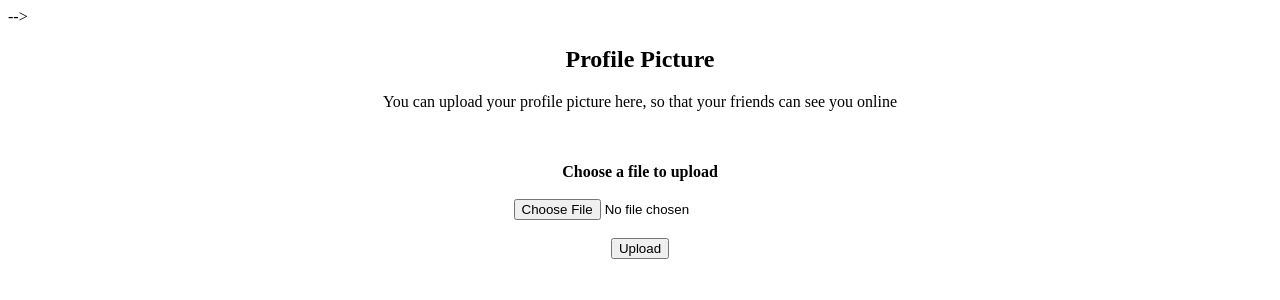
Repository: Safna93/Collaboration-Portal
Page: Till Friend module/Collaboration/WeChatFrontend/WebContent/views/ProfilePicture.html
The author's editor kept a copy of each file at every save. The page is drawn from the files as they stood at one save, then again after the next save.
The browser window is 1280 px wide. The pictures show the whole page.

Above is the page before, as saved 2017-09-06 09:02:00.

### Till Friend module/Collaboration/WeChatFrontend/WebContent/views/ProfilePicture.html
<!--  <!DOCTYPE html>
<html>
<head>
<meta charset="ISO-8859-1">
 <link href="https://maxcdn.bootstrapcdn.com/bootstrap/3.3.7/css/bootstrap.min.css" rel="stylesheet">
 <script src="https://maxcdn.bootstrapcdn.com/bootstrap/3.3.7/js/bootstrap.min.js" type="text/javascript"></script>
  <script src="http://ajax.googleapis.com/ajax/libs/jquery/2.1.1/jquery.min.js"></script>
     <script src="https://code.jquery.com/jquery-2.2.1.min.js"></script>

    <link href="css/fileinput.css" media="all" rel="stylesheet" type="text/css"/>

    <link href="themes/explorer/theme.css" media="all" rel="stylesheet" type="text/css"/>


    <script src="js/plugins/sortable.js" type="text/javascript"></script>
    <script src="js/fileinput.js" type="text/javascript"></script>
    <script src="themes/explorer/theme.js" type="text/javascript"></script>

<title>Insert title here</title>
</head>
<body>

<form enctype="multipart/form-data" method="post" action="http://localhost:8085/WeChatBackend/doUpload">
<input type="file" name="image">
<input type="submit" value="upload">
</form>

<!--  --<div class="container kv-main">
           <div class="form-group">
            <input id="file-5" class="file" type="file"
            name="fileUpload"
            data-preview-file-type="any" data-upload-url="http://localhost:8085/WeChatBackend/doUpload">
        </div>
        </div>--->

</body>
</html>
-->
<!DOCTYPE html>
<html>
<head>
<meta charset="ISO-8859-1">
<title>Profile Picture</title>
</head>

<body>
<div class="container">
<div class="w3-animate-opacity">
<div align="center">

<h2><strong>Profile Picture</strong></h2>
<p>You can upload your profile picture here, so that your friends can see you online</p><br><br>
        <form method="post" action="http://localhost:8085/WeChatBackend/doUpload" enctype="multipart/form-data">
          <strong>Choose a file to upload <i class="fa fa-upload" style="font-size:20px"></i></strong><br><br>
          <input type="file" name="image" size="50" />
          <br><br>
          <!-- <button type="button" class="btn btn-success btn-lg"><i class="fa fa-upload"></i> Upload</button> -->
          <input type="submit" class="btn btn-success btn-lg" value="Upload" />
        </form>
</div>
</div>
</div>
</body>

</html>

After the next save:
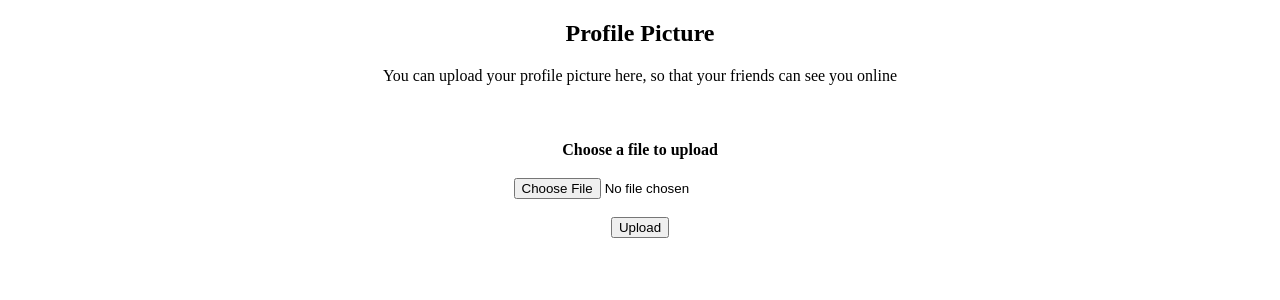
Saved 8 min 43 s later.
--- a/Till Friend module/Collaboration/WeChatFrontend/WebContent/views/ProfilePicture.html
+++ b/Till Friend module/Collaboration/WeChatFrontend/WebContent/views/ProfilePicture.html
@@ -1,41 +1,4 @@
-<!--  <!DOCTYPE html>
-<html>
-<head>
-<meta charset="ISO-8859-1">
- <link href="https://maxcdn.bootstrapcdn.com/bootstrap/3.3.7/css/bootstrap.min.css" rel="stylesheet">
- <script src="https://maxcdn.bootstrapcdn.com/bootstrap/3.3.7/js/bootstrap.min.js" type="text/javascript"></script>
-  <script src="http://ajax.googleapis.com/ajax/libs/jquery/2.1.1/jquery.min.js"></script>
-     <script src="https://code.jquery.com/jquery-2.2.1.min.js"></script>
 
-    <link href="css/fileinput.css" media="all" rel="stylesheet" type="text/css"/>
-
-    <link href="themes/explorer/theme.css" media="all" rel="stylesheet" type="text/css"/>
-
-
-    <script src="js/plugins/sortable.js" type="text/javascript"></script>
-    <script src="js/fileinput.js" type="text/javascript"></script>
-    <script src="themes/explorer/theme.js" type="text/javascript"></script>
-
-<title>Insert title here</title>
-</head>
-<body>
-
-<form enctype="multipart/form-data" method="post" action="http://localhost:8085/WeChatBackend/doUpload">
-<input type="file" name="image">
-<input type="submit" value="upload">
-</form>
-
-<!--  --<div class="container kv-main">
-           <div class="form-group">
-            <input id="file-5" class="file" type="file"
-            name="fileUpload"
-            data-preview-file-type="any" data-upload-url="http://localhost:8085/WeChatBackend/doUpload">
-        </div>
-        </div>--->
-
-</body>
-</html>
--->
 <!DOCTYPE html>
 <html>
 <head>
